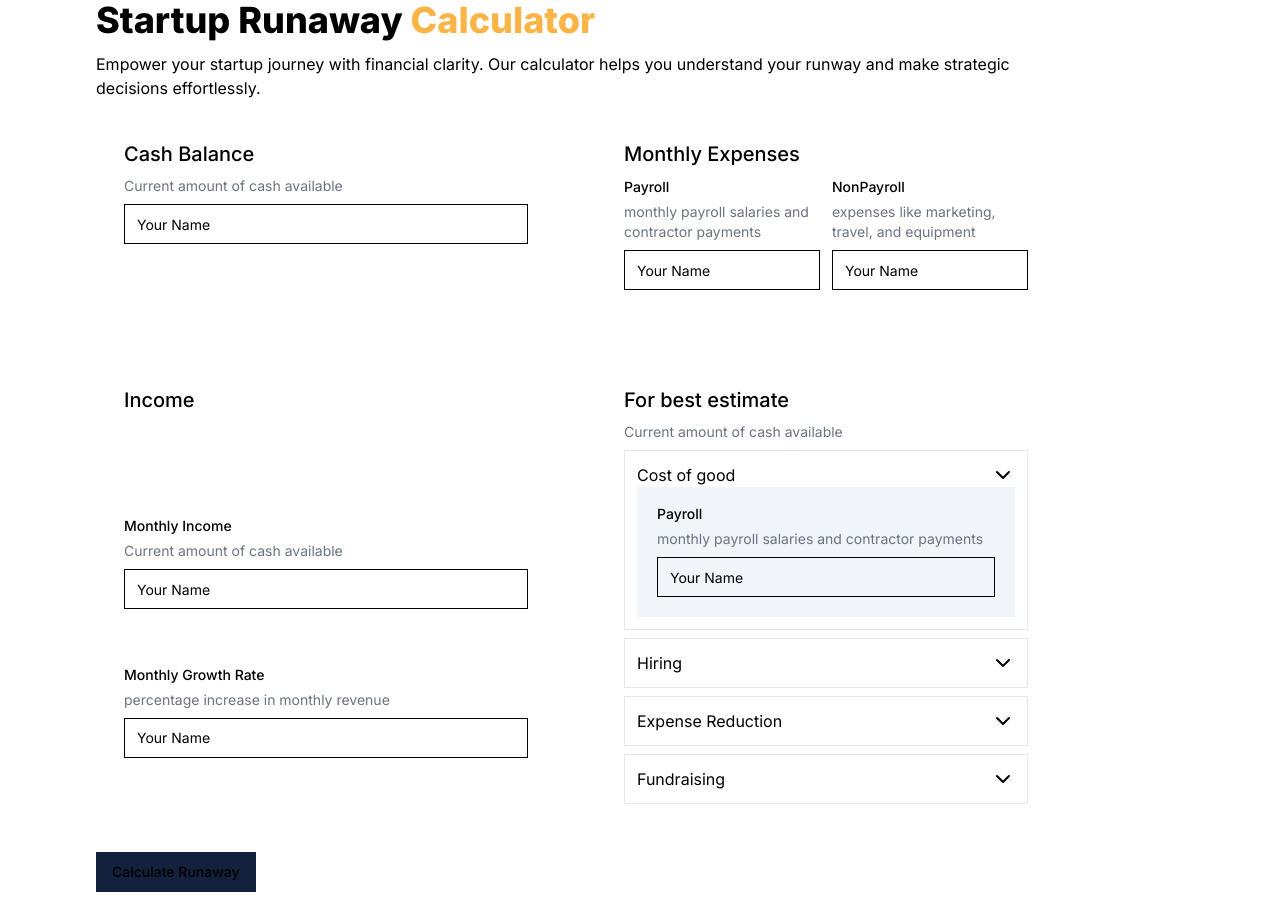
Repository: wossenF/startup-runaway-calculator
Page: /
The author's editor kept a copy of each file at every save. The page is drawn from the files as they stood at one save, then again after the next save.
The browser window is 1280 px wide. The pictures show the whole page.
The project was rebuilt for these pictures with package versions that can differ from the ones it lists, and the page was loaded fresh each time. The framework's server and built-in components were replaced by stand-ins that run in the browser. Also part of the build but not shown: next.config.mjs.

Above is the page before, as saved 2024-04-08 12:18:52.

### src/app/page.tsx
import UserInput from "../components/UserInput";
import {Button} from '../components/ui/button'
export default function Home() {
  return (
    <main className="ml-24 w-3/4 mx-auto">
      <h1 className="font-extrabold text-4xl">Startup Runaway <span className="text-[#FAB446]">Calculator</span></h1>
      <p className="mx-auto max-w-screen-md lg:max-w-screen-lg xl:max-w-screen-xl p-3 pl-0">Empower your startup journey with financial clarity. Our calculator  helps you understand your runway and make strategic decisions  effortlessly.</p>
      <UserInput/>
      <Button className="mb-4">Calculate Runaway</Button>
    </main>
  );
}

### src/components/UserInput.tsx
"use client";
import { Input } from "./ui/input";
import { Label } from "./ui/label";
import { ChevronDown } from "lucide-react";
import {Button} from "./ui/button"
const UserInput = () => {
  return (
    <>
    <div className="grid grid-cols-1 lg:grid-cols-2 gap-10 pb-5">
      <div className="bg-secondary/50 rounded-lg p-7  ">
        <form className="grid gap-2">
          <Label className="font-medium text-xl">Cash Balance</Label>
          <p className="text-gray-500 text-sm ">
            Current amount of cash available
          </p>
          <Input name="name" placeholder="Your Name" />
        </form>
      </div>

      <div className=" bg-secondary/50 rounded-lg p-7  grid gap-2">
        <Label className="font-medium text-xl">Monthly Expenses</Label>
        <div className="grid grid-cols-2 gap-3 pt-1">
          <div>
            <form className="grid gap-2">
              <Label className="">Payroll</Label>
              <p className="text-gray-500 text-sm ">
                monthly payroll salaries and contractor payments
              </p>
              <Input name="name" placeholder="Your Name" />
            </form>
          </div>
          <div>
            <form className="grid gap-2">
              <Label className="">NonPayroll</Label>
              <p className="text-gray-500 text-sm ">
                expenses like marketing, travel, and equipment
              </p>
              <Input name="name" placeholder="Your Name" />
            </form>
          </div>
        </div>
      </div>

      <div className=" bg-secondary/50 rounded-lg p-7  grid gap-2">
        <Label className="font-medium text-xl">Income</Label>
        <div className="grid gap-3 pt-1">
          <div>
            <form className="grid gap-2">
              <Label className="">Monthly Income</Label>
              <p className="text-gray-500 text-sm ">
                Current amount of cash available
              </p>
              <Input name="name" placeholder="Your Name" />
            </form>
          </div>
          <div>
            <form className="grid gap-2">
              <Label className="">Monthly Growth Rate</Label>
              <p className="text-gray-500 text-sm ">
                percentage increase in monthly revenue
              </p>
              <Input name="name" placeholder="Your Name" />
            </form>
          </div>
        </div>
      </div>

      <div className="bg-secondary/50 rounded-lg p-7  ">
        <form className="grid gap-2">
          <Label className="font-medium text-xl">For best estimate</Label>
          <p className="text-gray-500 text-sm ">
            Current amount of cash available
          </p>
          <div className="p-3 gap-20 border rounded-md  ">
            <div className="flex justify-between ">
              <p>Cost of good </p>
              <ChevronDown />
            </div>
            <div className="p-5 bg-slate-100 m-">
            <form className="grid gap-2">
              <Label className="">Payroll</Label>
              <p className="text-gray-500 text-sm ">
                monthly payroll salaries and contractor payments
              </p>
              <Input name="name" placeholder="Your Name" />
            </form>
          </div>
          </div>
          <div className="flex justify-between p-3 gap-20 border rounded-md  ">
            <p>Hiring</p>
            <ChevronDown />
          </div>
          <div className="flex justify-between p-3 gap-20 border rounded-md  ">
            <p>Expense Reduction</p>
            <ChevronDown />
          </div>
          <div className="flex justify-between p-3 gap-20 border rounded-md  ">
            <p>Fundraising</p>
            <ChevronDown />
          </div>
        </form>
      </div>
    </div>

    </>
  );
};

export default UserInput;

### src/components/ui/button.tsx
import * as React from "react"
import { Slot } from "@radix-ui/react-slot"
import { cva, type VariantProps } from "class-variance-authority"

import { cn } from "@/lib/utils"

const buttonVariants = cva(
  "inline-flex items-center justify-center whitespace-nowrap text-sm font-medium ring-offset-background transition-colors focus-visible:outline-none focus-visible:ring-2 focus-visible:ring-ring focus-visible:ring-offset-2 disabled:pointer-events-none disabled:opacity-50",
  {
    variants: {
      variant: {
        default: "bg-[#13213C] text-primary-foreground hover:bg-primary/90",
        destructive:
          "bg-destructive text-destructive-foreground hover:bg-destructive/90",
        outline:
          "border border-input bg-background hover:bg-accent hover:text-accent-foreground",
        secondary:
          "bg-secondary text-secondary-foreground hover:bg-secondary/80",
        ghost: "hover:bg-accent hover:text-accent-foreground",
        link: "text-primary underline-offset-4 hover:underline",
      },
      size: {
        default: "h-10 px-4 py-2",
        sm: "h-9 rounded-md px-3",
        lg: "h-11 rounded-md px-8",
        icon: "h-10 w-10",
      },
    },
    defaultVariants: {
      variant: "default",
      size: "default",
    },
  }
)

export interface ButtonProps
  extends React.ButtonHTMLAttributes<HTMLButtonElement>,
    VariantProps<typeof buttonVariants> {
  asChild?: boolean
}

const Button = React.forwardRef<HTMLButtonElement, ButtonProps>(
  ({ className, variant, size, asChild = false, ...props }, ref) => {
    const Comp = asChild ? Slot : "button"
    return (
      <Comp
        className={cn(buttonVariants({ variant, size, className }))}
        ref={ref}
        {...props}
      />
    )
  }
)
Button.displayName = "Button"

export { Button, buttonVariants }

### src/components/ui/input.tsx
import * as React from "react"

import { cn } from "@/lib/utils"

export interface InputProps
  extends React.InputHTMLAttributes<HTMLInputElement> {}

const Input = React.forwardRef<HTMLInputElement, InputProps>(
  ({ className, type, ...props }, ref) => {
    return (
      <input
        type={type}
        className={cn(
          "flex h-10 w-full rounded-md border border-input bg-background px-3 py-2 text-sm ring-offset-background file:border-0 file:bg-transparent file:text-sm file:font-medium placeholder:text-muted-foreground focus-visible:outline-none focus-visible:ring-2 focus-visible:ring-ring focus-visible:ring-offset-2 disabled:cursor-not-allowed disabled:opacity-50",
          className
        )}
        ref={ref}
        {...props}
      />
    )
  }
)
Input.displayName = "Input"

export { Input }

### src/components/ui/label.tsx
"use client"

import * as React from "react"
import * as LabelPrimitive from "@radix-ui/react-label"
import { cva, type VariantProps } from "class-variance-authority"

import { cn } from "@/lib/utils"

const labelVariants = cva(
  "text-sm font-medium leading-none peer-disabled:cursor-not-allowed peer-disabled:opacity-70"
)

const Label = React.forwardRef<
  React.ElementRef<typeof LabelPrimitive.Root>,
  React.ComponentPropsWithoutRef<typeof LabelPrimitive.Root> &
    VariantProps<typeof labelVariants>
>(({ className, ...props }, ref) => (
  <LabelPrimitive.Root
    ref={ref}
    className={cn(labelVariants(), className)}
    {...props}
  />
))
Label.displayName = LabelPrimitive.Root.displayName

export { Label }

Loaded but not shown: src/app/layout.tsx (common file); src/app/globals.css (common file); src/lib/utils.ts (common file); tailwind.config.ts (common file)

After the next save:
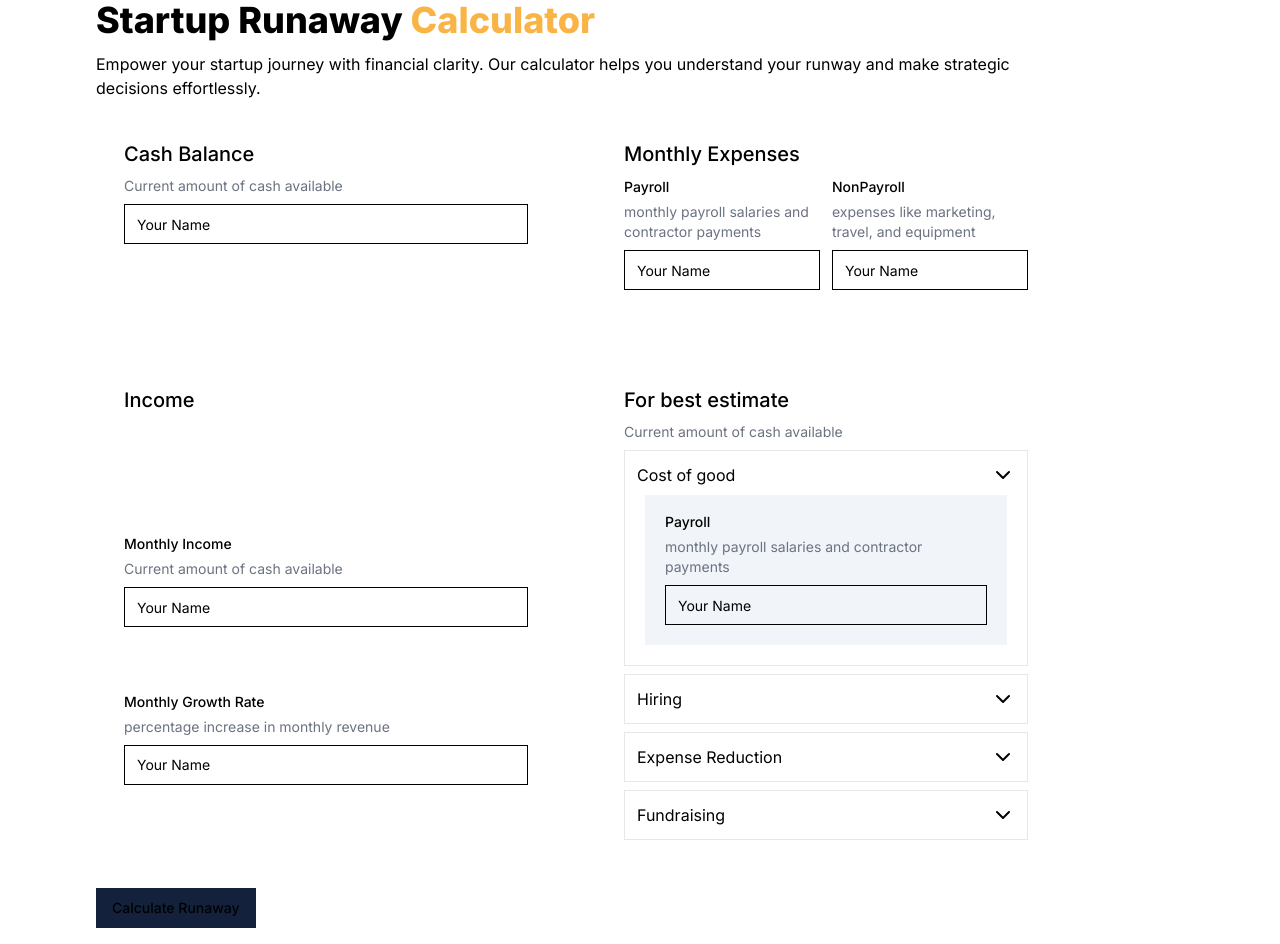
Saved 70 min 6 s later.
--- a/src/components/UserInput.tsx
+++ b/src/components/UserInput.tsx
@@ -76,7 +76,7 @@ const UserInput = () => {
               <p>Cost of good </p>
               <ChevronDown />
             </div>
-            <div className="p-5 bg-slate-100 m-">
+            <div className="p-5 bg-slate-100 m-2">
             <form className="grid gap-2">
               <Label className="">Payroll</Label>
               <p className="text-gray-500 text-sm ">
